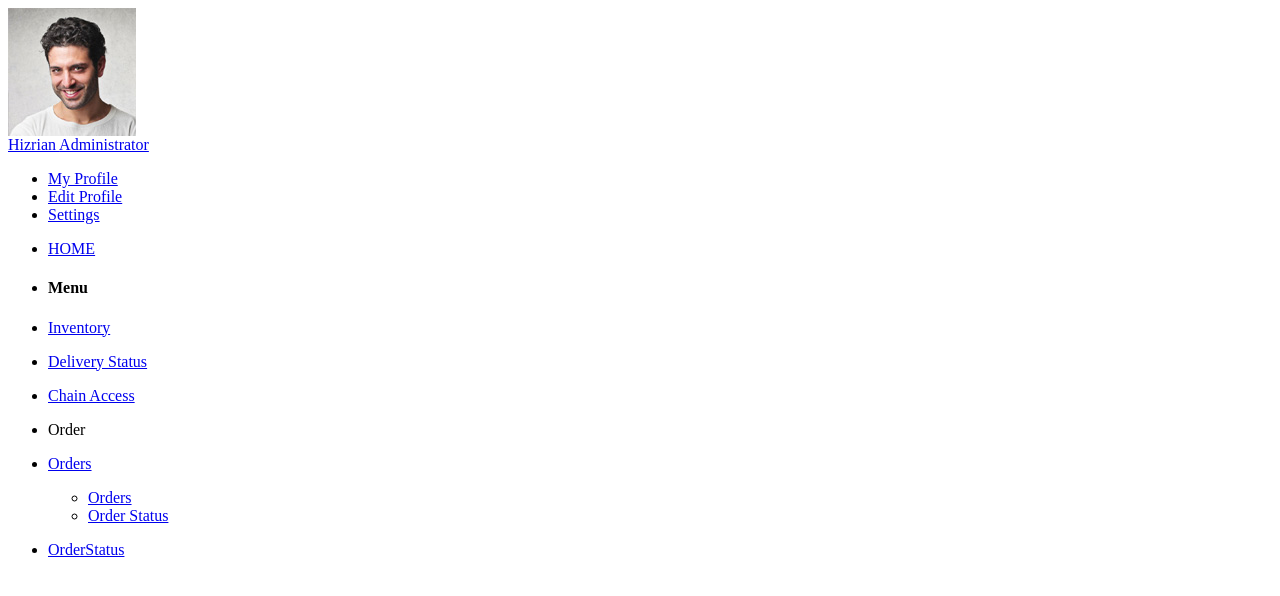
Repository: wkdanlwo091/iot_final
Page: http://localhost/top/view/main/sidebar.jsp
These files come from the project's save history. The page is drawn as it stood at one moment and after the next save; the edit follows.
The browser window is 1280 px wide. The pictures show the whole page.
The page is served by Tomcat 9.

Above is the page before, as saved 2020-04-25 06:31:36.

After the next save:
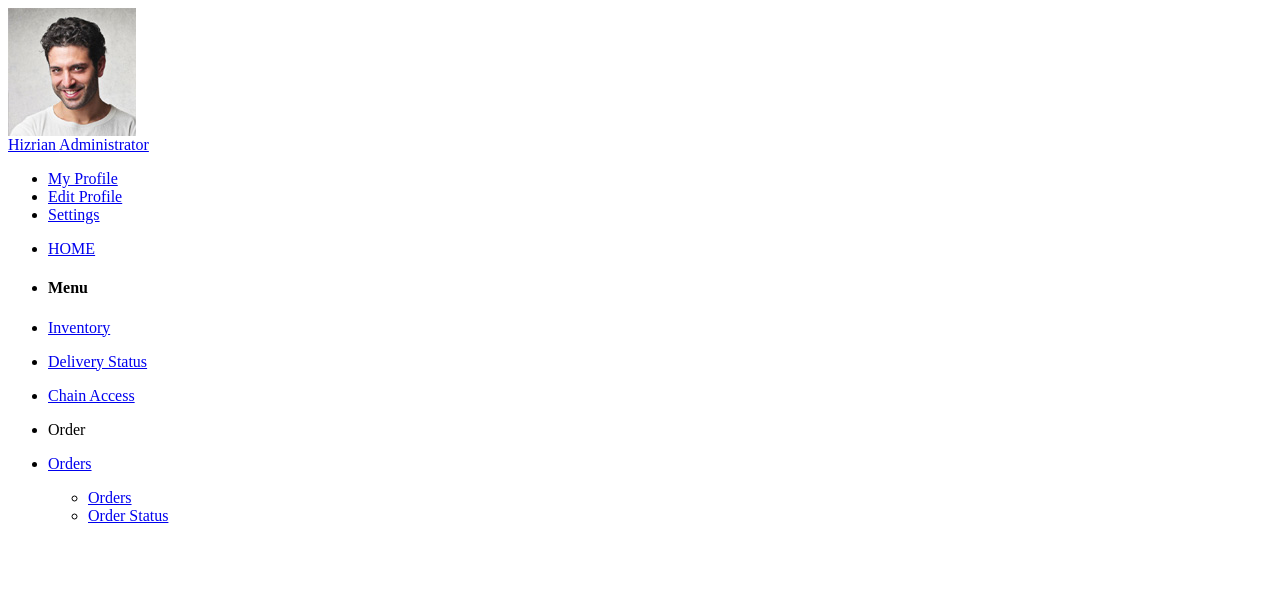
Saved 10 s later.
--- a/jmj4.zip_expanded/top/web/view/main/sidebar.jsp
+++ b/jmj4.zip_expanded/top/web/view/main/sidebar.jsp
@@ -92,10 +92,6 @@
 								</ul>
 					</div>
 				</li>
-				<li class="nav-item"><a href="orderStatus.top"> <i
-						class="fas fa-desktop"></i>
-						<p>OrderStatus</p>
-				</a></li>
 			</ul>
 		</div>
 	</div>

After the save that followed:
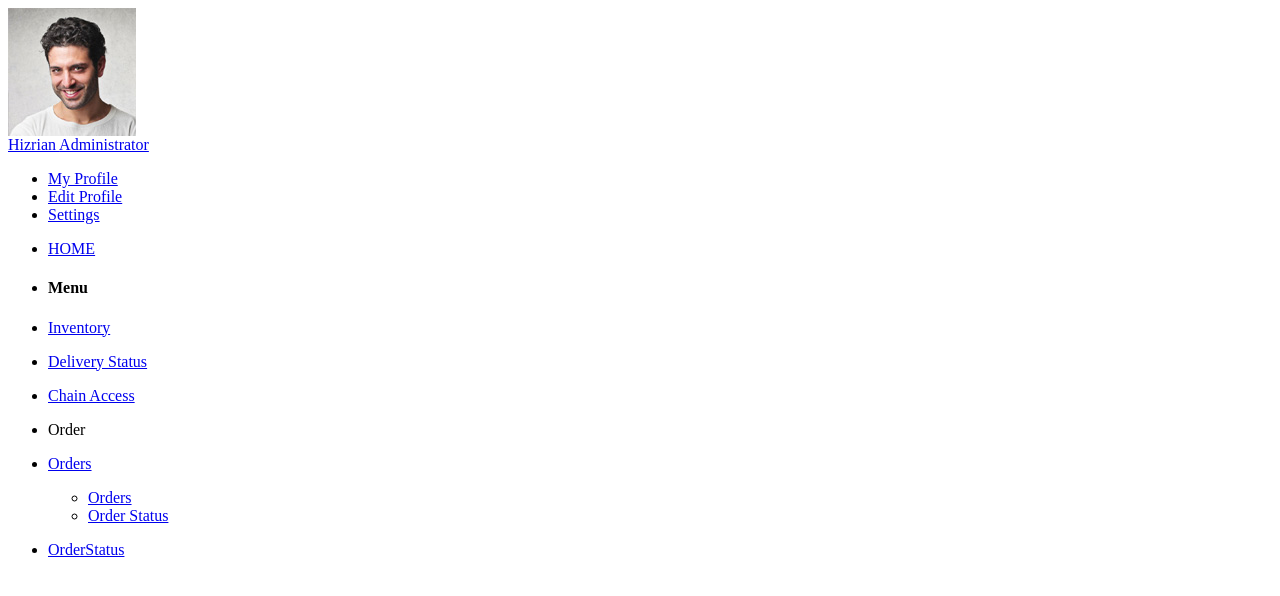
Saved 79 s later.
--- a/jmj4.zip_expanded/top/web/view/main/sidebar.jsp
+++ b/jmj4.zip_expanded/top/web/view/main/sidebar.jsp
@@ -92,6 +92,10 @@
 								</ul>
 					</div>
 				</li>
+				<li class="nav-item"><a href="orderStatus.top"> <i
+						class="fas fa-desktop"></i>
+						<p>OrderStatus</p>
+				</a></li>
 			</ul>
 		</div>
 	</div>
